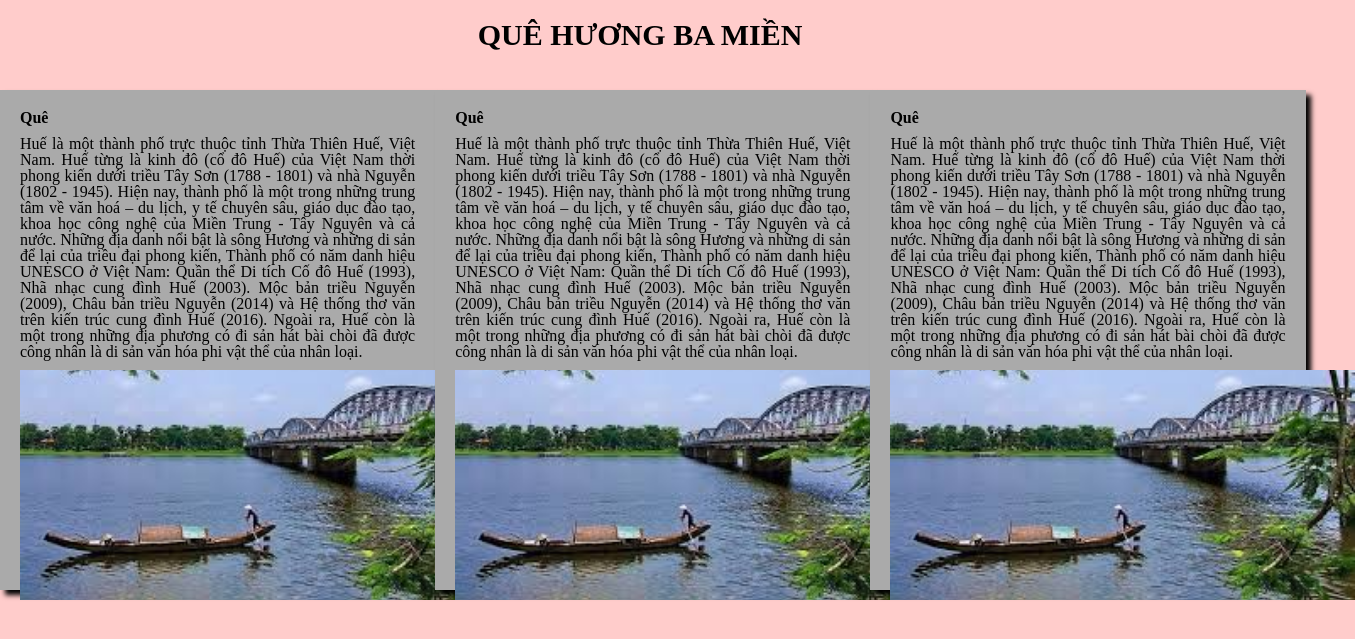
Repository: Tan-Khang21/TH_TKW--Buoi_06
Page: Bai_Tap_Tren_lop/Bai_02/LayoutCSS2.html
The author's editor kept a copy of each file at every save. The page is drawn from the files as they stood at one save, then again after the next save.
The browser window is 1280 px wide. The page is 1355 px wide, so the pictures cover 1355 px, including what lies to the right of the window. The pictures show the whole page.

Above is the page before, as saved 2024-03-11 20:28:06.

After the next save:
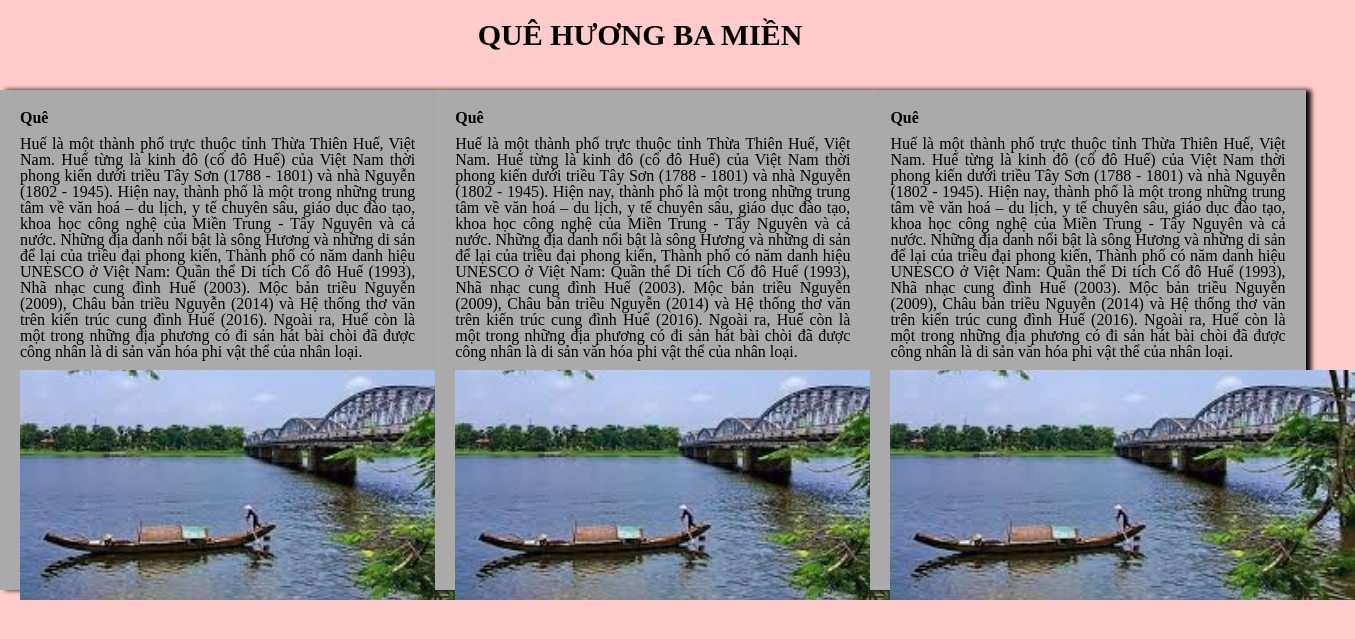
Saved 14 s later.
--- a/Bai_Tap_Tren_lop/Bai_02/style.css
+++ b/Bai_Tap_Tren_lop/Bai_02/style.css
@@ -18,7 +18,7 @@ body {
   padding: 20px;
   background-color: #aaaaaa;
   text-align: justify;
-  box-shadow: 5px 5px 5px black;
+  box-shadow: 5px 0px 5px black;
 }
 .images {
   width: 465px;
